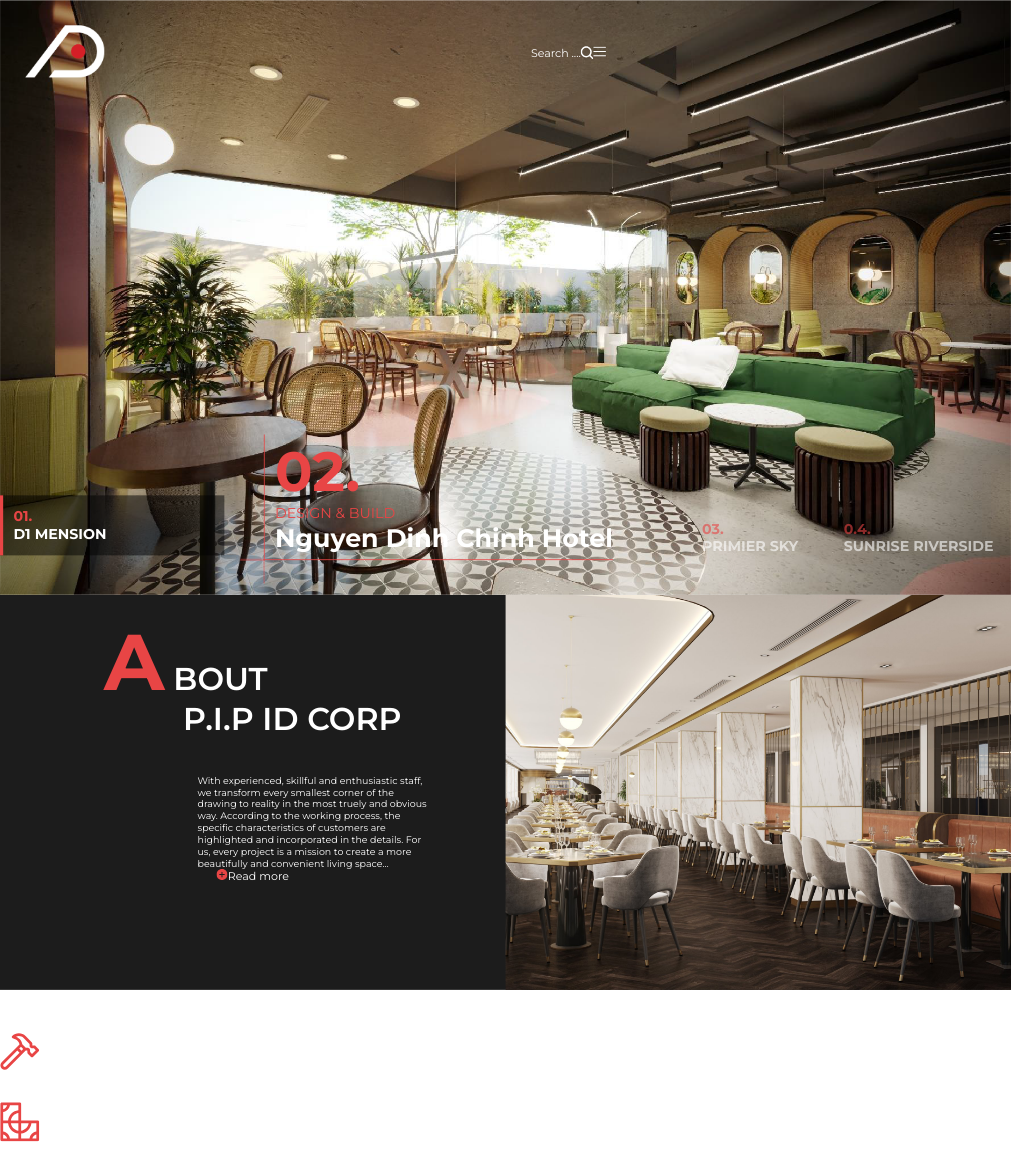
Repository: huudang2840/pipHomePage
Page: index.html
The author's editor kept a copy of each file at every save. The page is drawn from the files as they stood at one save, then again after the next save.
The browser window is 1280 px wide. The pictures show the whole page, at 79% of full size.

Above is the page before, as saved 2023-03-21 14:23:50.

After the next save:
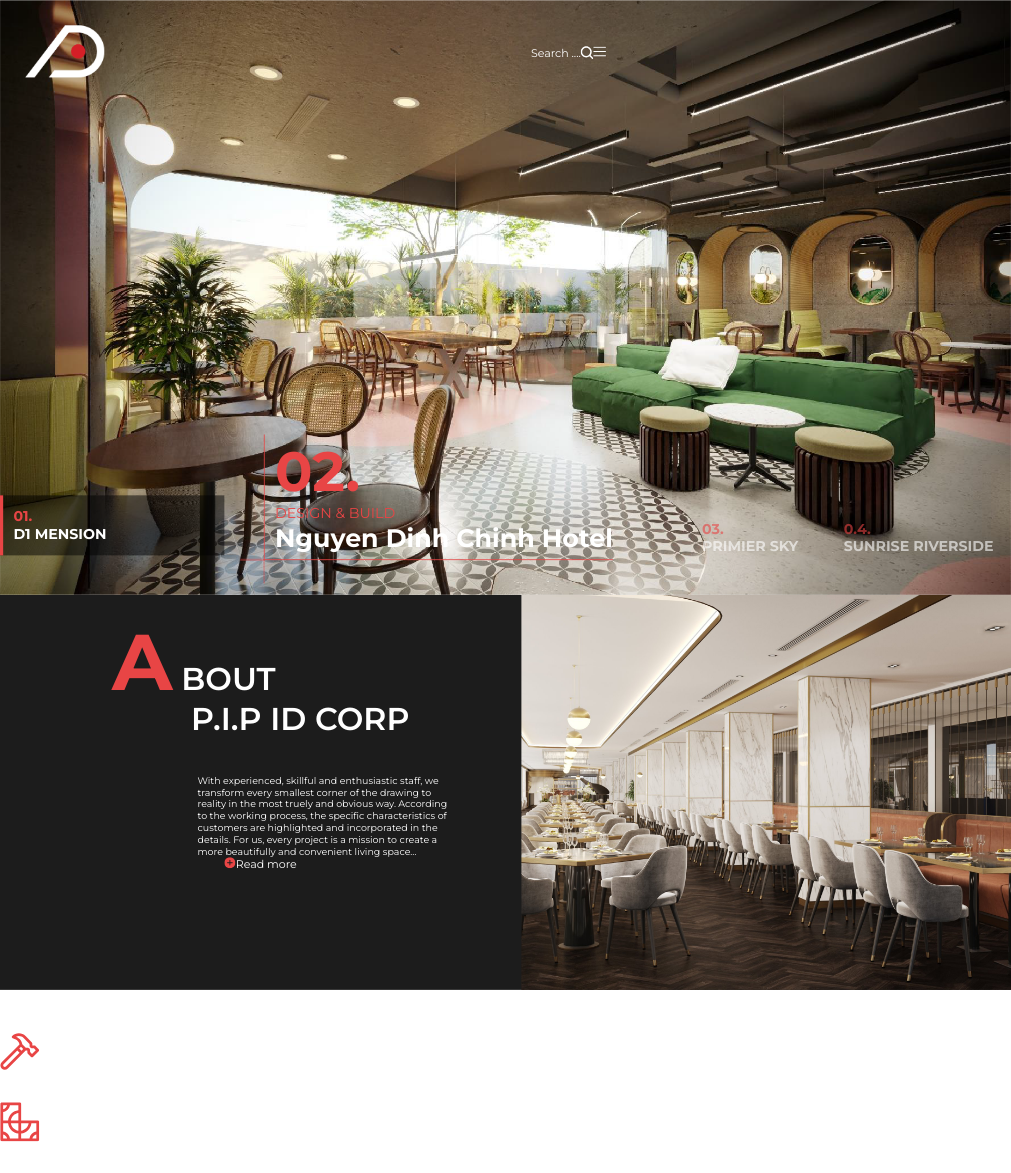
Saved 10 s later.
--- a/style/style.css
+++ b/style/style.css
@@ -188,7 +188,7 @@
 .about__left__textaera p {
   margin-left: 250px;
   margin-right: 90px;
-  width: 300px;
+  width: 320px;
   overflow-wrap: break-word;
 
   font-size: 12px;
